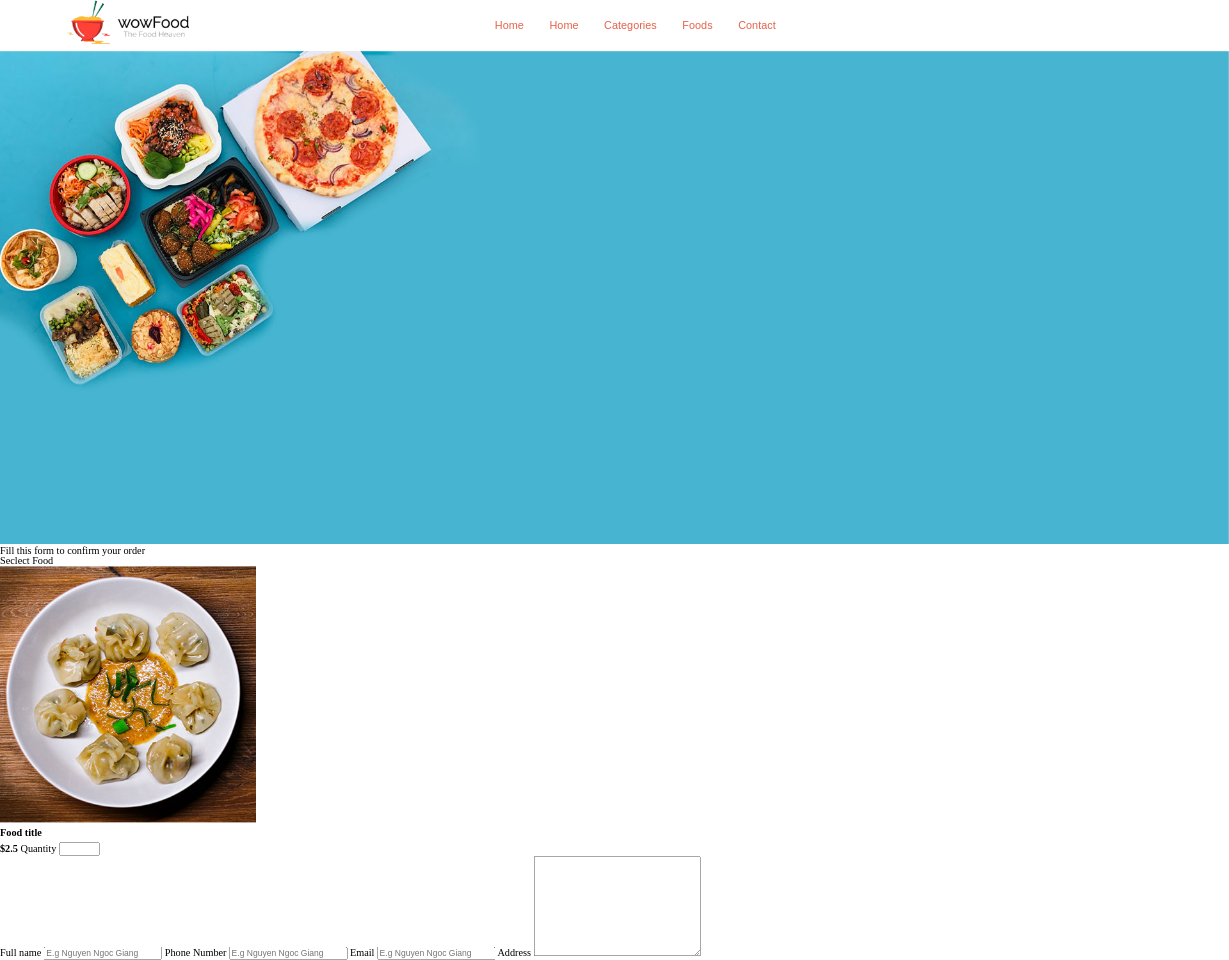
Repository: ruaruababa/WowFood
Page: order.html
The author's editor kept a copy of each file at every save. The page is drawn from the files as they stood at one save, then again after the next save.
The browser window is 1280 px wide. The page is 1920 px wide, so the pictures cover 1920 px, including what lies to the right of the window. The pictures show the whole page, at 64% of full size.

Above is the page before, as saved 2021-09-19 21:49:29.

### order.html
<!DOCTYPE html>
<html lang="en">

<head>
    <meta charset="UTF-8">
    <meta http-equiv="X-UA-Compatible" content="IE=edge">
    <meta name="viewport" content="width=device-width, initial-scale=1.0">
    <title>Order Food</title>
    <link rel="stylesheet" href="./style.css">
    <link rel="stylesheet" href="./reset.css">
</head>

<body>
    <nav>
        <input type="checkbox" id="check" />
        <label for="check" class="checkbtn">
            <i class="fas fa-bars"></i>
        </label>
        <label class="logo">
            <img src="./img/logo.png" alt="" class="img-logo" />
        </label>
        <ul class="navbar">
            <li><a class="active" href="#">Home</a></li>
            <li><a href="#">Home</a></li>
            <li><a href="#">Categories</a></li>
            <li><a href="#">Foods</a></li>
            <li><a href="#">Contact</a></li>
        </ul>
    </nav>
    <section id=section-order>
        <img src="./img/bg.jpg" alt="" class="bgr" style="position: ;">
        <div class="container-order">
            <form action="">
                <h3 class="title-order">Fill this form to confirm your order</h3>
                <label for="" class="seclect">Seclect Food</label>
                <div class="container-seclect-food">
                    <div class="img-food">
                        <img src="./img/menu-momo.jpg" alt="" class="bgr-item" />
                    </div>
                    <div class="content-food">
                        <h6 class="title-item">Food title</h6>
                        <span class="price-item">$2.5</span>
                        <label for="" class="quantity">Quantity</label>
                        <input type="number" min="1" max="100">
                    </div>
                </div>
                <div class="container-delivery-title">
                    <lable class="full-name">Full name</lable>
                    <input type="text" placeholder="E.g Nguyen Ngoc Giang">
                    <lable class="phone-number">Phone Number</lable>
                    <input type="text" placeholder="E.g Nguyen Ngoc Giang">
                    <lable class="email">Email</lable>
                    <input type="text" placeholder="E.g Nguyen Ngoc Giang">
                    <lable class="Address">Address</lable>
                    <textarea name="address" id="" cols="30" rows="10"></textarea>


                </div>
            </form>
        </div>
    </section>
</body>

</html>

### style.css

li {
  text-decoration: none;
}

a {
  text-decoration: none;
}

nav {
  height: 80px;
  width: 100%;
}

label.logo {
  padding: 0 100px;
}

nav ul {
  float: right;
  margin-right: 50px;
}

nav ul li {
  display: inline-block;
  line-height: 80px;
  margin: 0 5px;
  font-family: "Poppins", sans-serif;
}

nav ul li a {
  color: #e7614a;
  font-size: 17px;
  padding: 7px 13px;
  border-radius: 3px;
}

.checkbtn {
  font-size: 30px;
  color: white;
  float: right;
  line-height: 80px;
  margin-right: 40px;
  cursor: pointer;
  display: none;
}

#check {
  display: none;
}

ul:hover li {
  filter: blur(3px);
  opacity: 0.5;
  transform: scale(0.98);
  box-shadow: none;
}

ul:hover li:hover {
  transform: scale(1.1);
  filter: blur(0px);
  opacity: 1;
  box-shadow: 0 8px 20px 0px rgba(0, 0, 0, 0.125);
}

.container-section-search {
  position: relative;
  text-align: center;
  margin-top: 15px;
}

.background-search {
  height: 250px;
}

.background-search img {
  height: inherit;
  width: 100%;
  object-fit: cover;
}

.form {
  width: 100%;
  position: absolute;
  top: 50%;
  left: 50%;
  transform: translate(-50%, -50%);
  height: 22px;
}

.input-search {
  width: 35%;
  height: inherit;
}

.btn-search {
  background-color: rgba(250, 59, 59, 0.849);
  border: none;
  border-radius: 5px;
  font-size: 14px;
  color: white;
  cursor: pointer;
  padding: 3px;
}

#section-collection {
  position: relative;
}

.container-section-collection {
  height: max-content;
}

.explore-food {
  padding-top: 70px;
  text-align: center;
  font-size: 24px;
  font-family: "Poppins", sans-serif;
}

.collection-food {
  width: 100%;
}

.list-food {
  margin-top: 50px;
  display: flex;
  justify-content: center;
  column-gap: 50px;
}

.list-food li {
  width: 330px;
  height: 400px;
  transition: 0.2s all;
}

.list-food li:hover {
  transform: scale(0.95);
}

.list-food li img {
  width: 100%;
  height: 100%;
  object-fit: cover;
  border-radius: 10px;
}

.list-food li span {
  font-family: "Poppins", sans-serif;
  display: block;
  font-size: 20px;
  text-align: center;
  color: #ffffff;
  margin-top: -50px;
}

article {
  background-color: #ececec;
}

.title-food-menu {
  padding-top: 70px;
  font-size: 24px;
  text-align: center;
  font-family: "Poppins", sans-serif;
}

.container-menu {
  padding-top: 50px;
  display: grid;
  grid-gap: 20px;
  grid-template-columns: repeat(auto-fit, minmax(550px, 1fr));
  grid-auto-rows: 180px;
  justify-items: center;
  font-family: "Poppins", sans-serif;
}

.container-item:nth-child(odd) {
  justify-self: end;
}

.container-item:nth-child(even) {
  justify-self: start;
}

.container-item {
  background-color: #ffffff;
  display: flex;
  align-items: center;
  border-radius: 15px;
}

.container-item img {
  width: 25%;
  height: 70%;
  object-fit: cover;
  border-radius: 15px;
  margin: 0 28px;
}

.container-item .item-content {
  width: 100%;
  height: 70%;
  object-fit: cover;
  border-radius: 15px;
  margin: 0 28px;
}

.item-content {
  display: inline-block;
}

.title-item {
  font-size: 16px;
  font-weight: bold;
  line-height: 25px;
}

.price-item {
  line-height: 25px;
  font-weight: bold;
}

.des-item {
  font-size: 14px;
  line-height: 20px;
  color: #747d9c;
}

.oder-item {
  text-decoration: none;
  background-color: #f56b81;
  color: white;
  border-radius: 5px;
  padding: 3px;
  display: inline-block;
}

.footer-food-menu {
  margin-top: 30px;
}

.see-all-foods {
  display: block;
  text-align: center;
  text-decoration: none;
  color: #f56b81;
  padding-bottom: 50px;
  font-family: "Poppins", sans-serif;
  transition: 0.2s all;
}

.see-all-foods:hover {
  text-decoration: underline;
  transform: scale(1.1);
}

.social-network-icon {
  display: flex;
  justify-content: center;
  margin-top: 30px;
}

.icon-insta {
  margin: 0 30px;
}

.license {
  margin-top: 40px;
  margin-bottom: 30px;
  font-family: "Poppins", sans-serif;
}

.license p {
  text-align: center;
}

.license p a {
  text-decoration: none;
  color: #e7614a;
}

@media (max-width: 952px) {
  label.logo {
    padding-left: 50px;
  }

  nav ul li a {
    font-size: 16px;
  }

  .container-item:nth-child(odd) {
    justify-self: center;
  }

  .container-item:nth-child(even) {
    justify-self: center;
  }
}

@media (max-width: 858px) {
  i {
    color: black;
  }

  .checkbtn {
    display: block;
  }

  .navbar {
    position: fixed;
    width: 100%;
    height: 250px;
    left: -100%;
    text-align: center;
    transition: all 0.5s;
    z-index: 2;
    background-color: #ffffff;
  }

  nav ul li {
    display: block;
    margin: 10px 0;
    line-height: 30px;
  }

  nav ul li a {
    font-size: 20px;
  }

  #check:checked ~ ul {
    left: 0;
  }

  .container-section-collection {
    height: max-content;
  }
}

section {
  position: relative;
}
@media (max-width: 858px) {
   .container-menu {
    padding-top: 50px;
    display: grid;
    grid-gap: 20px;
    grid-template-columns: repeat(auto-fit, minmax(550px, 1fr));
    grid-auto-rows: 180px;
    justify-items: center;
    font-family: "Poppins", sans-serif;
  }
}

@media (max-width: 414px) {
  label img {
    margin-left: -50px;
  }
  i.fa-bars {
    margin-right: -20px;
  }
  .navbar {
    position: fixed;
    width: 414px;
    height: 250px;
    left: -100%;
    text-align: center;
    transition: all 0.5s;
    z-index: 2;
    background-color: #ffffff;
  }

  nav ul li {
    display: block;
    margin: 10px 0;
    line-height: 30px;
  }

  nav ul li a {
    font-size: 20px;
  }

  #check:checked ~ ul {
    left: 0;
  }
  .list-food {
    display: flex;
    flex-direction: column;
    gap: 15px;
  }

  .item {
    align-self: center;
  }

  .container-menu {
    padding-top: 50px;
    display: grid;
    grid-gap: 20px;
    grid-template-columns: repeat(auto-fit, minmax(375px, 1fr));
    grid-auto-rows: 180px;
    justify-items: center;
    font-family: "Poppins", sans-serif;
  }
}

@media (max-width: 375px) {
  label img {
    margin-left: -50px;
  }
  i.fa-bars {
    margin-right: -20px;
  }
  .navbar {
    position: fixed;
    width: 375px;
    height: 250px;
    left: -100%;
    text-align: center;
    transition: all 0.5s;
    z-index: 2;
    background-color: #ffffff;
  }

  nav ul li {
    display: block;
    margin: 10px 0;
    line-height: 30px;
  }

  nav ul li a {
    font-size: 20px;
  }

  #check:checked ~ ul {
    left: 0;
  }

  .list-food {
    display: flex;
    flex-direction: column;
    gap: 15px;
  }

  .item {
    align-self: center;
  }

  .container-menu {
    padding-top: 50px;
    display: grid;
    grid-gap: 20px;
    grid-template-columns: repeat(auto-fit, minmax(375px, 1fr));
    grid-auto-rows: 180px;
    justify-items: center;
    font-family: "Poppins", sans-serif;
  }
  @media (max-width: 320px) {
  label img {
    margin-top: -70px;
    margin-left: -50px;
    padding-bottom: 10px;
  }
  i.fa-bars {
    margin-right: -20px;
    padding-top: 20px;
  }
  .navbar {
    position: fixed;
    width: 320px;
    height: 250px;
    left: -100%;
    text-align: center;
    transition: all 0.5s;
    z-index: 2;
    background-color: #ffffff;
    margin-top: -5px;
  }

  nav ul li {
    display: block;
    margin: 10px 0;
    line-height: 30px;
  }

  nav ul li a {
    font-size: 20px;
  }

  #check:checked ~ ul {
    left: 0;
  }

  .list-food {
    display: flex;
    flex-direction: column;
    gap: 15px;
  }

  .item {
    align-self: center;
  }

  .container-menu {
    padding-top: 50px;
    display: grid;
    grid-gap: 20px;
    grid-template-columns: repeat(auto-fit, minmax(319px, 1fr));
    grid-auto-rows: 180px;
    justify-items: center;
    font-family: "Poppins", sans-serif;
  }
}

/* article{
  position: relative;
  top: 200px;
} */

Loaded but not shown: reset.css (common file)

After the next save:
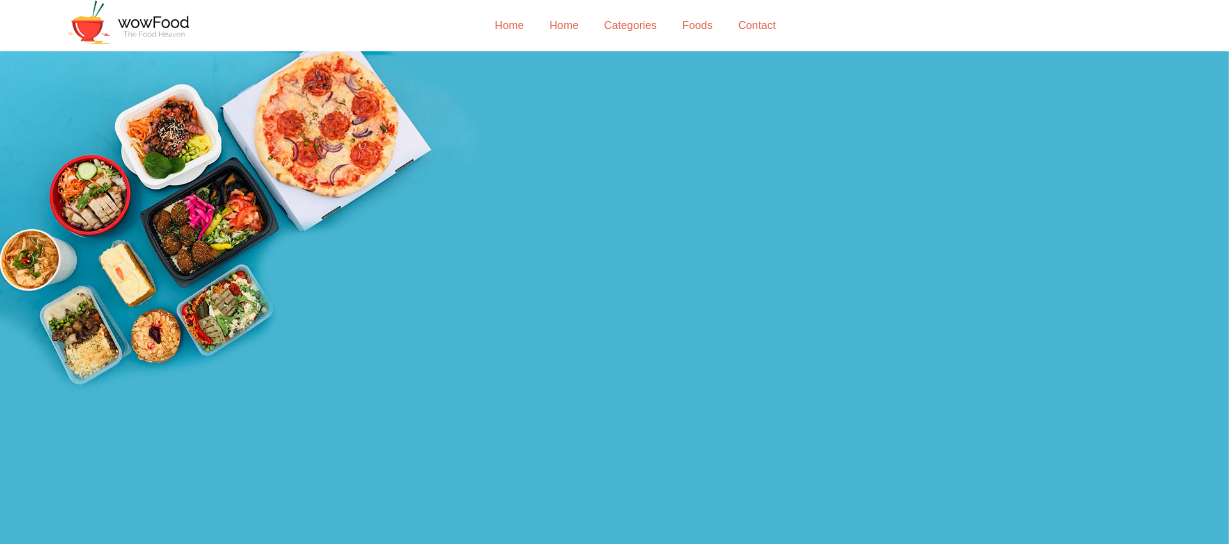
Saved 4 s later.
--- a/order.html
+++ b/order.html
@@ -28,7 +28,7 @@
         </ul>
     </nav>
     <section id=section-order>
-        <img src="./img/bg.jpg" alt="" class="bgr" style="position: ;">
+        <img src="./img/bg.jpg" alt="" class="bgr" style="position: absolute;">
         <div class="container-order">
             <form action="">
                 <h3 class="title-order">Fill this form to confirm your order</h3>
